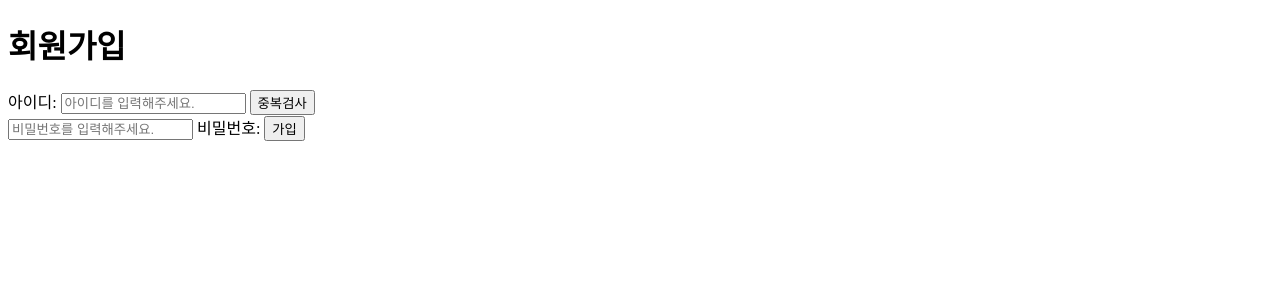
Repository: Chojaejun/javastudy
Page: HelloWorld/WebContent/d.html
An editor plug-in stored every save of this project. The page is shown before and after the next save, followed by the edit.
The browser window is 1280 px wide. The pictures show the whole page.

Above is the page before, as saved 2020-12-04 07:06:40.

After the next save:
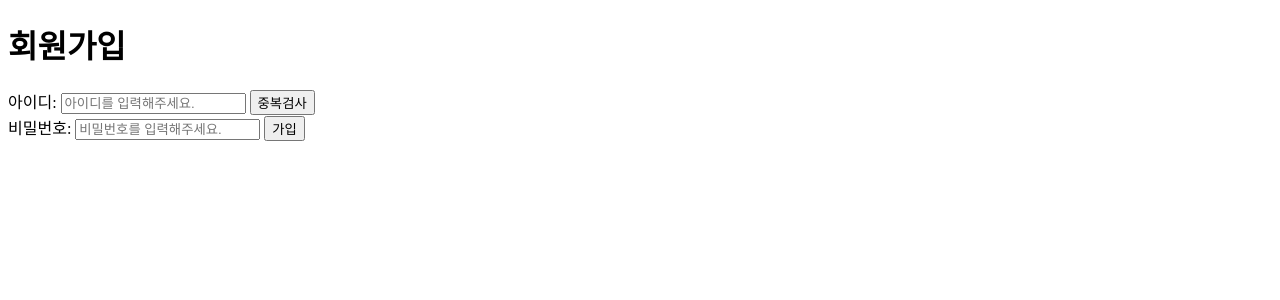
Saved 31 s later.
--- a/HelloWorld/WebContent/d.html
+++ b/HelloWorld/WebContent/d.html
@@ -12,9 +12,10 @@
 <input id="id" name="id" placeholder="아이디를 입력해주세요."> <button>중복검사</button>
 
 <br>
+<label for="id">비밀번호: </label>
 <input type="password" name="pw" placeholder="비밀번호를 입력해주세요.">
 
-<label for="id">비밀번호: </label>
+
 <input id="id" type="submit" value="가입">
 
 </form>
